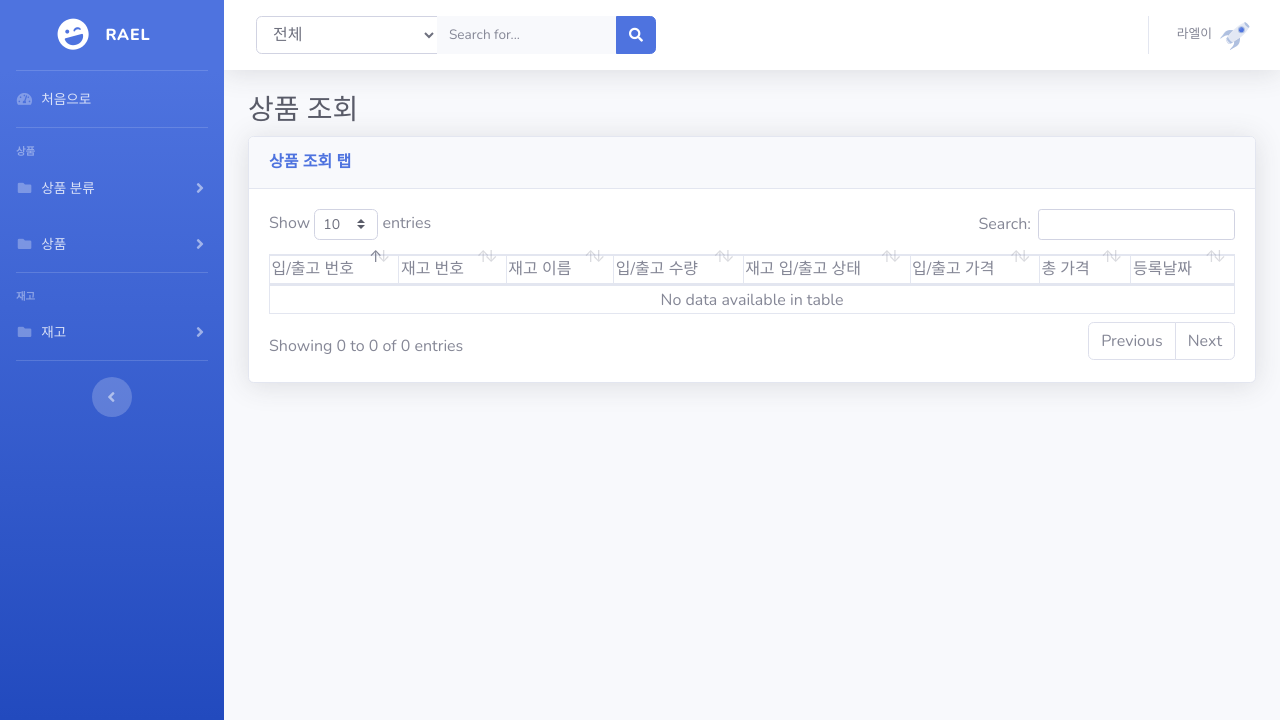
Repository: sww232/springRaelProject
Page: http://localhost/rael/WEB-INF/views/stock/stock_history.jsp
The author's editor kept a copy of each file at every save. The page is drawn from the files as they stood at one save, then again after the next save.
The browser window is 1280 px wide. The pictures show the whole page.
The page is served by Tomcat 9. Nobody is signed in. Other server files are loaded and not shown. The template is opened directly, without the code that normally fills it, so the values that code supplies are empty.

Above is the page before, as saved 2022-10-10 13:28:09.

### raelproject3/rael/src/main/webapp/WEB-INF/views/stock/stock_history.jsp
<%@ page language="java" contentType="text/html; charset=UTF-8" pageEncoding="UTF-8"%>
<%@ taglib uri="http://java.sun.com/jsp/jstl/core" prefix="c"%>
<!DOCTYPE html>
<html>
<head>
<meta http-equiv="X-UA-Compatible" content="IE=edge">
<meta name="viewport" content="width=device-width, initial-scale=1, shrink-to-fit=no">
<meta name="description" content="">
<meta name="author" content="">
<meta charset="UTF-8">
<title>상품 조회</title>

<link href="/vendor/fontawesome-free/css/all.min.css" rel="stylesheet" type="text/css">
<!--  link href="/css/modal.css" rel="stylesheet" type="text/css" -->
<link href="https://fonts.googleapis.com/css?family=Nunito:200,200i,300,300i,400,400i,600,600i,700,700i,800,800i,900,900i" rel="stylesheet">

<!-- Custom styles for this template -->
<link href="/css/sb-admin-2.min.css" rel="stylesheet">
<!-- Custom styles for this page -->
<link href="/vendor/datatables/dataTables.bootstrap4.min.css" rel="stylesheet">

<script src="/vendor/jquery/jquery.min.js"></script>
<script src="/vendor/bootstrap/js/bootstrap.bundle.min.js"></script>

<!-- Core plugin JavaScript-->
<script src="/vendor/jquery-easing/jquery.easing.min.js"></script>

<!-- Custom scripts for all pages-->
<script src="/js/sb-admin-2.min.js"></script>

<!-- Page level plugins -->
<script src="/vendor/datatables/jquery.dataTables.min.js"></script>
<script src="/vendor/datatables/dataTables.bootstrap4.min.js"></script>

<!-- Page level custom scripts -->
<script src="/js/demo/datatables-demo.js"></script>

<script type="text/javascript">
	// 팝업오픈하여 폼데이터 Post 전송
	function popup(frm) {
		if (confirm("정말 재고를 취소할까요?")) {
			return true;
		} else
			return;

	}
</script>
</head>
<body id="page-top">
	<form>
		<div class="modal fade" id="moaModal1" tabindex="-1" role="dialog" aria-labelledby="exampleModalLabel" aria-hidden="true">

			<div class="modal-dialog" role="document">
				<div class="modal-content">
					<div class="modal-header">
						<h5 class="modal-title" id="exampleModalLabel">상품 등록을 위한 카테고리 선택</h5>
						<button class="close" type="button" data-dismiss="modal" aria-label="Close">
							<span aria-hidden="true">x</span>
						</button>
					</div>
					<div class="modal-body">
						<select name="categoryBox1" id="categoryBox1">
							<option value="defaultValue" selected></option>
							<c:forEach var="list" items="${categorynums}">
								<option value="${list}">${list}</option>
							</c:forEach>
						</select>
					</div>
					<div class="modal-footer">
						<button class="btn btn-primary" type="button" data-dismiss="modal">Cancel</button>
						<button class="btn btn-primary" type="submit" formaction="/product/product_insert">Choice</button>
					</div>
				</div>
			</div>
		</div>
		<div class="modal fade" id="moaModal2" tabindex="-1" role="dialog" aria-labelledby="exampleModalLabel" aria-hidden="true">

			<div class="modal-dialog" role="document">
				<div class="modal-content">
					<div class="modal-header">
						<h5 class="modal-title" id="exampleModalLabel">상품 추가 등록을 위한 카테고리 선택</h5>
						<button class="close" type="button" data-dismiss="modal" aria-label="Close">
							<span aria-hidden="true">x</span>
						</button>
					</div>
					<div class="modal-body">
						<select name="categoryBox2" id="categoryBox2">
							<option value="defaultValue" selected></option>
							<c:forEach var="list" items="${categorynums}">
								<option value="${list}">${list}</option>
							</c:forEach>
						</select>
					</div>
					<div class="modal-footer">
						<button class="btn btn-primary" type="button" data-dismiss="modal">Cancel</button>
						<button class="btn btn-primary" type="submit" formaction="/product/product_insert_detail">Choice</button>
					</div>
				</div>
			</div>
		</div>
		<div class="modal fade" id="moaModal3" tabindex="-1" role="dialog" aria-labelledby="exampleModalLabel" aria-hidden="true">

			<div class="modal-dialog" role="document">
				<div class="modal-content">
					<div class="modal-header">
						<h5 class="modal-title" id="exampleModalLabel">상품명/상세정보 수정을 위한 카테고리 선택</h5>
						<button class="close" type="button" data-dismiss="modal" aria-label="Close">
							<span aria-hidden="true">x</span>
						</button>
					</div>
					<div class="modal-body">
						<select name="categoryBox3" id="categoryBox3">
							<option value="defaultValue" selected></option>
							<c:forEach var="list" items="${categorynums}">
								<option value="${list}">${list}</option>
							</c:forEach>
						</select>
					</div>
					<div class="modal-footer">
						<button class="btn btn-primary" type="button" data-dismiss="modal">Cancel</button>
						<button class="btn btn-primary" type="submit" formaction="/product/product_update">Choice</button>
					</div>
				</div>
			</div>
		</div>
	</form>
	<div id="wrapper">
		<ul class="navbar-nav bg-gradient-primary sidebar sidebar-dark accordion" id="accordionSidebar">
			<!-- Sidebar - Brand -->
			<a class="sidebar-brand d-flex align-items-center justify-content-center" href="/">
				<div class="sidebar-brand-icon rotate-n-15">
					<i class="fas fa-laugh-wink"></i>
				</div>

				<div class="sidebar-brand-text mx-3">RAEL</div>
			</a>

			<!-- Divider -->
			<hr class="sidebar-divider my-0">

			<!-- Nav Item - Dashboard -->
			<li class="nav-item"><a class="nav-link" href="/"> <i class="fas fa-fw fa-tachometer-alt"></i> <span>처음으로</span></a></li>

			<!-- Divider -->
			<hr class="sidebar-divider">

			<!-- Heading -->
			<div class="sidebar-heading">상품</div>

			<!-- Nav Item - Pages Collapse Menu -->
			<li class="nav-item"><a class="nav-link collapsed" href="#" data-toggle="collapse" data-target="#collapseTwo" aria-expanded="true" aria-controls="collapseTwo"> <i class="fas fa-fw fa-folder"></i> <span>상품 분류</span>
			</a>
				<div id="collapseTwo" class="collapse" aria-labelledby="headingTwo" data-parent="#accordionSidebar">
					<div class="bg-white py-2 collapse-inner rounded">
						<h6 class="collapse-header">상풍 분류 탭</h6>
						<a class="collapse-item" href="/product/category_select?page=1&recordSize=10&pageSize=10">상품 분류 조회</a> <a class="collapse-item" href="/product/category_insert?insertresult=0">상품 분류 등록</a> <a class="collapse-item" href="/product/category_update">상품 분류 수정</a>
					</div>
				</div></li>

			<!-- Nav Item - Utilities Collapse Menu -->
			<li class="nav-item"><a class="nav-link collapsed" href="#" data-toggle="collapse" data-target="#collapseUtilities" aria-expanded="true" aria-controls="collapseUtilities"> <i class="fas fa-fw fa-folder"></i> <span>상품</span>
			</a>
				<div id="collapseUtilities" class="collapse" aria-labelledby="headingUtilities" data-parent="#accordionSidebar">
					<div class="bg-white py-2 collapse-inner rounded">
						<h6 class="collapse-header">상품 탭</h6>
						<a class="collapse-item" href="/product/all_select?page=1&recordSize=10&pageSize=10">상품 조회</a> <a class="collapse-item" href="#" data-toggle="modal" data-target="#moaModal1"> <i class="fas fa-arrow-right"></i>상품 등록
						</a> <a class="collapse-item" href="#" data-toggle="modal" data-target="#moaModal2"> <i class="fas fa-arrow-right"></i>상품 추가 등록
						</a> <a class="collapse-item" href="#" data-toggle="modal" data-target="#moaModal3"> <i class="fas fa-arrow-right"></i>상품명/상세정보 수정
						</a>
					</div>
				</div></li>

			<!-- Divider -->
			<hr class="sidebar-divider">

			<!-- Heading -->
			<div class="sidebar-heading">재고</div>

			<!-- Nav Item - Pages Collapse Menu -->
			<li class="nav-item"><a class="nav-link collapsed" href="#" data-toggle="collapse" data-target="#collapsePages" aria-expanded="true" aria-controls="collapsePages"> <i class="fas fa-fw fa-folder"></i> <span>재고</span>
			</a>
				<div id="collapsePages" class="collapse" aria-labelledby="headingPages" data-parent="#accordionSidebar">
					<div class="bg-white py-2 collapse-inner rounded">
						<h6 class="collapse-header">재고</h6>
						<a class="collapse-item" href="/stock/stock_select?page=1&recordSize=10&pageSize=10">재고 조회 및 입/출고</a>
						<div class="collapse-divider"></div>
						<h6 class="collapse-header">재고 입/출고</h6>
						<a class="collapse-item" href="/stock/stock_history?page=1&recordSize=10&pageSize=10">내역</a> <a class="collapse-item" href="/stock/stock_history_cancel?page=1&recordSize=10&pageSize=10">취소</a>
					</div>
				</div></li>

			<!-- Divider -->
			<hr class="sidebar-divider d-none d-md-block">

			<!-- Sidebar Toggler (Sidebar) -->
			<div class="text-center d-none d-md-inline">
				<button class="rounded-circle border-0" id="sidebarToggle"></button>
			</div>

		</ul>

		<!-- End of Sidebar -->

		<!-- Content Wrapper -->
		<div id="content-wrapper" class="d-flex flex-column">

			<!-- Main Content -->
			<div id="content">

				<!-- Topbar -->
				<nav class="navbar navbar-expand navbar-light bg-white topbar mb-4 static-top shadow">

					<!-- Sidebar Toggle (Topbar) -->
					<form class="form-inline">
						<button id="sidebarToggleTop" class="btn btn-link d-md-none rounded-circle mr-3">
							<i class="fa fa-bars"></i>
						</button>
					</form>

					<!-- Topbar Search -->
					<form class="d-none d-sm-inline-block form-inline mr-auto ml-md-3 my-2 my-md-0 mw-100 navbar-search" id="searchForm" autocomplete="off" action="/product/all_select?page=1&recordSize=10&pageSize=10">

						<div class="input-group">
							<select id="searchType" name="searchType" class="form-control">
								<option value="" selected>전체</option>
								<option value="product_name">제품 이름</option>
								<option value="product_company">회사명</option>
							</select> <input type="text" class="form-control bg-light border-0 small" placeholder="Search for..." aria-label="Search" aria-describedby="basic-addon2" id="keyword" name="keyword">
							<div class="input-group-append">
								<button class="btn btn-primary" type="submit">
									<i class="fas fa-search fa-sm"></i>
								</button>
							</div>
						</div>
					</form>



					<!-- Topbar Navbar -->
					<ul class="navbar-nav ml-auto">

						<!-- Nav Item - Search Dropdown (Visible Only XS) -->
						<li class="nav-item dropdown no-arrow d-sm-none"><a class="nav-link dropdown-toggle" href="#" id="searchDropdown" role="button" data-toggle="dropdown" aria-haspopup="true" aria-expanded="false"> <i class="fas fa-search fa-fw"></i>
						</a> <!-- Dropdown - Messages -->
							<div class="dropdown-menu dropdown-menu-right p-3 shadow animated--grow-in" aria-labelledby="searchDropdown">
								<form class="form-inline mr-auto w-100 navbar-search">
									<div class="input-group">
										<input type="text" class="form-control bg-light border-0 small" placeholder="Search for..." aria-label="Search" aria-describedby="basic-addon2">
										<div class="input-group-append">
											<button class="btn btn-primary" type="button">
												<i class="fas fa-search fa-sm"></i>
											</button>
										</div>
									</div>
								</form>
							</div></li>

						<div class="topbar-divider d-none d-sm-block"></div>

						<!-- Nav Item - User Information -->
						<li class="nav-item dropdown no-arrow"><a class="nav-link dropdown-toggle" href="#" id="userDropdown" role="button" data-toggle="dropdown" aria-haspopup="true" aria-expanded="false"> <span class="mr-2 d-none d-lg-inline text-gray-600 small">라엘이</span> <img class="img-profile rounded-circle" src="/img/undraw_rocket.svg">
						</a> <!-- Dropdown - User Information -->
							<div class="dropdown-menu dropdown-menu-right shadow animated--grow-in" aria-labelledby="userDropdown">
								<div class="dropdown-divider"></div>
								<a class="dropdown-item" href="#" data-toggle="modal" data-target="#logoutModal"> <i class="fas fa-sign-out-alt fa-sm fa-fw mr-2 text-gray-400"></i> Logout
								</a>
							</div></li>
					</ul>
				</nav>
				<div class="container-fluid">

					<!-- Page Heading -->
					<h1 class="h3 mb-2 text-gray-800">상품 조회</h1>
					<div class="card shadow mb-4">
						<div class="card-header py-3">
							<h6 class="m-0 font-weight-bold text-primary">상품 조회 탭</h6>
						</div>
						<div class="card-body">
							<div class="table-responsive">
								<div id="dataTable_wrapper" class="dataTables_wrapper dt-bootstrap4">
									<div class="row">
										<div class="col-sm-12">
											<form name="formData" method="post" onsubmit="javascript:popup(this)">
												<table class="table table-bordered" id="dataTable" width="100%" cellspacing="0">
												<thead>
													<tr>
														<td>입/출고 번호</td>
														<td>재고 번호</td>
														<td>재고 이름</td>
														<td>입/출고 수량</td>
														<td>재고 입/출고 상태</td>
														<td>입/출고 가격</td>
														<td>총 가격</td>
														<td>등록날짜</td>
													</tr>
												</thead>
												<tbody>
													<c:forEach items="${datas.list}" var="data">
														<tr>
															<td>${data.STOCKSEQUENCE}</td>
															<td>${data.STOCKNUM}</td>
															<td>${data.STOCKNAME}</td>
															<td>${data.STOCKQUANTITY}</td>
															<c:choose>
																<c:when test="${data.STOCKSTATE eq 'NA'}">
																	<td bgcolor="red">${data.STOCKSTATE}</td>
																</c:when>
																<c:otherwise>
																	<td>${data.STOCKSTATE}</td>
																</c:otherwise>
															</c:choose>
															<td>${data.STOCKPRICE}</td>
															<td>${data.STOCKPRICESUM}</td>
															<td>${data.STOCKAPPENDDATE}</td>
														<tr>
													</c:forEach>
												</tbody>
		</table>
		<c:if test="${datas.pagination.totalPageCount < 1}">
			<span>0</span>
		</c:if>
		<c:if test="${datas.pagination.totalPageCount > 0}">
			<c:forEach begin="${datas.pagination.startPage}" end="${datas.pagination.endPage}" var="num">
				<span><a href='<c:url value="/stock/stock_history?page=${num}&recordSize=10&pageSize=10"/>'>${num}</a></span>
			</c:forEach>
		</c:if>
		<c:if test="${param.pagination.existPrevPage eq true}">
			<span><a href='<c:url value="/stock/stock_history?page=${datas.pagination.startPage-1}&recordSize=10&pageSize=10"/>'>이전</a></span>
		</c:if>
		<c:if test="${param.pagination.existNextPage eq true}">
			<span><a href='<c:url value="/stock/stock_history?page=${datas.pagination.endPage+1}&recordSize=10&pageSize=10"/>'>다음</a></span>
		</c:if>
	</div>

</body>
</html>

### raelproject3/rael/src/main/resources/static/img/undraw_rocket.svg
<?xml version="1.0" encoding="utf-8"?>
<!-- Generator: Adobe Illustrator 25.0.0, SVG Export Plug-In . SVG Version: 6.00 Build 0)  -->
<svg version="1.1" id="b759170a-51c3-4e2f-999d-77dec9fd6d11"
	 xmlns="http://www.w3.org/2000/svg" xmlns:xlink="http://www.w3.org/1999/xlink" x="0px" y="0px" viewBox="0 0 650.9 610.5"
	 style="enable-background:new 0 0 650.9 610.5;" xml:space="preserve">
<style type="text/css">
	.st0{fill:#AFC0E0;}
	.st1{opacity:0.2;fill:#FFFFFF;enable-background:new    ;}
	.st2{opacity:0.1;enable-background:new    ;}
	.st3{fill:#E3E8F4;}
	.st4{fill:#4E73DF;}
</style>
<path class="st0" d="M174,321c-2-1.6-4.2-3-6.6-4.2c-51.8-26.2-157,67.8-157,67.8L0,372.7c0,0,42.1-43.8,92.4-117.3
	c45.2-66.1,150.7-51.8,171.4-48.3c2.3,0.4,3.6,0.7,3.6,0.7C298.7,288.3,174,321,174,321z"/>
<path class="st1" d="M269.4,213.9c-0.6-2-1.3-4-2-6c0,0-1.2-0.2-3.6-0.7c-20.7-3.5-126.2-17.8-171.4,48.3C42.1,329,0,372.7,0,372.7
	l5.9,6.7c0,0,42.1-43.8,92.4-117.3C143.3,196.3,248,210.2,269.4,213.9z"/>
<path class="st0" d="M337.7,533.4c-79.2,40.8-127.8,77.1-127.8,77.1l-10.5-11.9c0,0,111.1-96.8,85.3-150.9c-0.5-1.2-1.2-2.3-1.9-3.4
	c0,0,47.9-119.6,123.9-78.5c0,0,0.1,1,0.2,2.9C407.8,387.8,409.7,496.3,337.7,533.4z"/>
<path class="st2" d="M174,321c-2-1.6-4.2-3-6.6-4.2c29.3-38.9,61.5-75.5,96.3-109.7c2.3,0.4,3.6,0.7,3.6,0.7
	C298.7,288.3,174,321,174,321z"/>
<path class="st2" d="M406.9,368.6c-38.6,29.6-79.4,56.1-122.3,79.1c-0.5-1.2-1.2-2.3-1.9-3.4c0,0,47.9-119.6,123.9-78.5
	C406.7,365.7,406.8,366.7,406.9,368.6z"/>
<path class="st3" d="M263.6,455.5c-20.3,10.4-41.6,20.5-64,30.2c-33.6,14.6-51.5-2.2-80.7-91.5c0,0,12.5-22.5,37.2-57
	c54.3-75.8,167.5-209.1,336.1-286.7C542.7,27.1,596.1,10.1,650.9,0c0,0-9.1,68.8-62,160.1S439.1,365.3,263.6,455.5z"/>
<circle class="st0" cx="435.6" cy="199.7" r="71.6"/>
<path class="st4" d="M469.2,237.9c-21,18.6-53.1,16.6-71.7-4.5c-7.8-8.8-12.2-20-12.7-31.8c-0.2-4.7,0.3-9.4,1.4-14
	c0.5-2,1.1-4.1,1.9-6c2.9-7.7,7.7-14.5,13.8-19.9c0.3-0.3,0.6-0.5,0.9-0.8c17.1-14.4,41.5-15.9,60.3-3.8c3.5,2.3,6.7,4.9,9.5,7.9
	l1,1.1C492.2,187.2,490.2,219.3,469.2,237.9C469.2,237.8,469.2,237.9,469.2,237.9z"/>
<path class="st0" d="M588.9,160.1c-83-35.2-96.8-109.6-96.8-109.6C542.7,27,596.1,10.1,650.9,0C650.9,0,641.8,68.8,588.9,160.1z"/>
<path class="st0" d="M263.6,455.5c-13.7,7.1-27.9,13.9-42.6,20.7c-7,3.2-14.1,6.4-21.4,9.5c-10.9,4.7-51.5-2.2-80.7-91.5
	c0,0,4.1-7.3,12.1-20c6.1-9.6,14.5-22.2,25.1-37c0,0,11,33.2,41.1,67.3C215.8,425.7,238.4,443,263.6,455.5z"/>
<path class="st3" d="M221,476.2c-7,3.2-14.1,6.4-21.4,9.5c-10.9,4.7-51.5-2.2-80.7-91.5c0,0,4.1-7.3,12.1-20
	C131,374.2,170.2,456.9,221,476.2z"/>
<path class="st1" d="M463.2,157l-0.1,0l-60.1,3.9c-0.3,0.3-0.6,0.5-0.9,0.8c-6.2,5.4-10.9,12.3-13.8,19.9l84.5-16.6L463.2,157z"/>
<path class="st1" d="M438.8,194.3l-53.9,7.3c-0.2-4.7,0.3-9.4,1.4-14l52.8,1.4L438.8,194.3z"/>
<path class="st1" d="M131.7,408.7c0,0,12.5-22.5,37.2-57C223.2,276,336.4,142.7,504.9,65c45.6-21.1,93.3-36.9,142.5-47.3
	C650.1,6.4,650.9,0,650.9,0c-54.8,10.1-108.2,27-158.7,50.5c-168.6,77.7-281.8,211-336.1,286.7c-24.7,34.4-37.2,57-37.2,57
	c11.5,35.3,26.6,57,40.5,70.3C149.4,451.4,139.7,433.3,131.7,408.7z"/>
</svg>

Loaded but not shown: raelproject3/rael/src/main/resources/static/css/sb-admin-2.min.css (library); raelproject3/rael/src/main/resources/static/js/sb-admin-2.min.js (common file); raelproject3/rael/src/main/resources/static/js/demo/datatables-demo.js (common file)

After the next save:
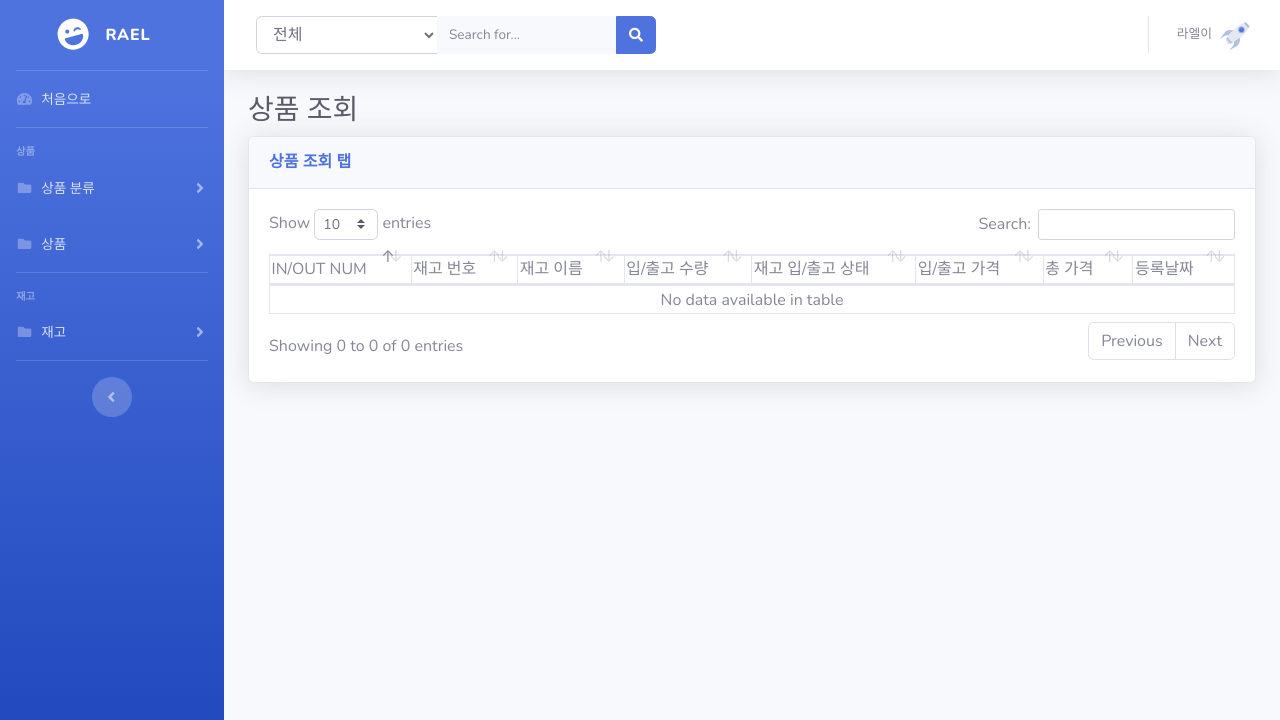
Saved 34 s later.
--- a/raelproject3/rael/src/main/webapp/WEB-INF/views/stock/stock_history.jsp
+++ b/raelproject3/rael/src/main/webapp/WEB-INF/views/stock/stock_history.jsp
@@ -284,7 +284,7 @@
 												<table class="table table-bordered" id="dataTable" width="100%" cellspacing="0">
 												<thead>
 													<tr>
-														<td>입/출고 번호</td>
+														<td>IN/OUT NUM</td>
 														<td>재고 번호</td>
 														<td>재고 이름</td>
 														<td>입/출고 수량</td>
@@ -294,6 +294,11 @@
 														<td>등록날짜</td>
 													</tr>
 												</thead>
+												<tfoot>
+													<tr>
+
+													</tr>
+												</tfoot>
 												<tbody>
 													<c:forEach items="${datas.list}" var="data">
 														<tr>
